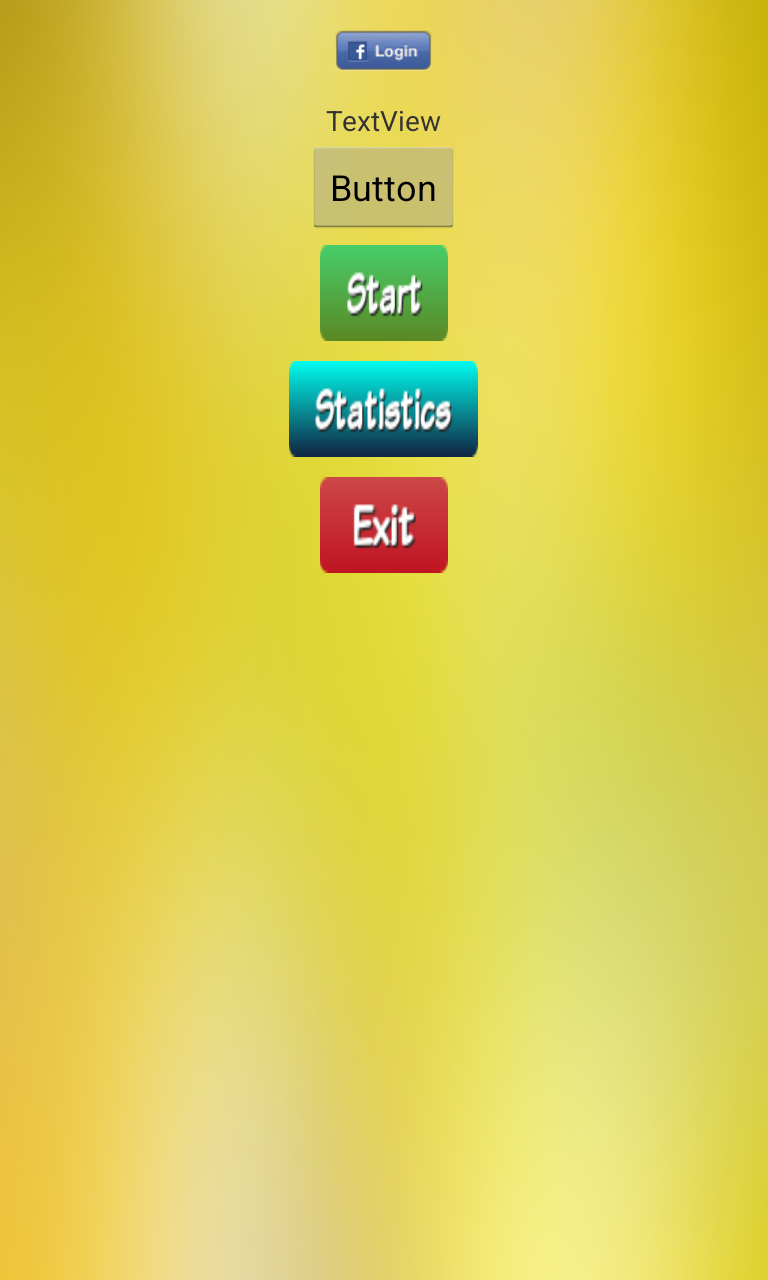
Repository: kingstonbg/workspaceAndroid
Layout: TaxiRoute/res/layout/activity_main_menu.xml
An editor plug-in stored every save of this project. The layout is shown before and after the next save, followed by the edit.
It is drawn on a 768 x 1280 px phone screen (xhdpi) without system bars, with theme AppTheme; the app's code is not run.

Above is the layout before, as saved 2013-02-18 14:18:46.

### TaxiRoute/res/layout/activity_main_menu.xml
<?xml version="1.0" encoding="utf-8"?>
<LinearLayout xmlns:android="http://schemas.android.com/apk/res/android"
    android:layout_width="match_parent"
    android:layout_height="match_parent"
    android:background="@drawable/bgtest"
    android:gravity="center_horizontal"
    android:orientation="vertical" >

    <ImageView
        android:id="@+id/buttonFb"
        android:layout_width="wrap_content"
        android:layout_height="wrap_content"
        android:layout_margin="15dp"
        android:src="@drawable/login_button" />

    <TextView
        android:id="@+id/login_status"
        android:layout_width="wrap_content"
        android:layout_height="wrap_content"
        android:text="TextView" />

    <Button
        android:id="@+id/share"
        android:layout_width="wrap_content"
        android:layout_height="wrap_content"
        android:text="Button" />

    <Button
        android:id="@+id/buttonStart"
        android:layout_width="wrap_content"
        android:layout_height="wrap_content"
        android:layout_margin="5dp"
        android:background="@drawable/buttonstart" />


    <Button
        android:id="@+id/buttonStatistics"
        android:layout_width="wrap_content"
        android:layout_height="wrap_content"
        android:layout_margin="5dp"
        android:background="@drawable/buttonstatistics" />


    <Button
        android:id="@+id/buttonExit"
        android:layout_width="wrap_content"
        android:layout_height="wrap_content"
        android:layout_marginTop="5dp"
        android:background="@drawable/buttonexit" />

</LinearLayout>

### TaxiRoute/res/drawable-hdpi/login_button.xml
<?xml version="1.0" encoding="utf-8"?>
<!--
    Copyright 2012 Facebook

    Licensed under the Apache License, Version 2.0 (the "License");
    you may not use this file except in compliance with the License.
    You may obtain a copy of the License at

       http://www.apache.org/licenses/LICENSE-2.0

    Unless required by applicable law or agreed to in writing, software
    distributed under the License is distributed on an "AS IS" BASIS,
    WITHOUT WARRANTIES OR CONDITIONS OF ANY KIND, either express or implied.
    See the License for the specific language governing permissions and
    limitations under the License.
-->

<selector xmlns:android="http://schemas.android.com/apk/res/android">
	<item android:state_pressed="true" android:drawable="@drawable/login_down" />
	<item android:drawable="@drawable/login" /> <!-- default -->
</selector>

Loaded but not shown: TaxiRoute/res/values/styles.xml (common file); TaxiRoute/res/values-v11/styles.xml (common file); TaxiRoute/res/values-v14/styles.xml (common file)

After the next save:
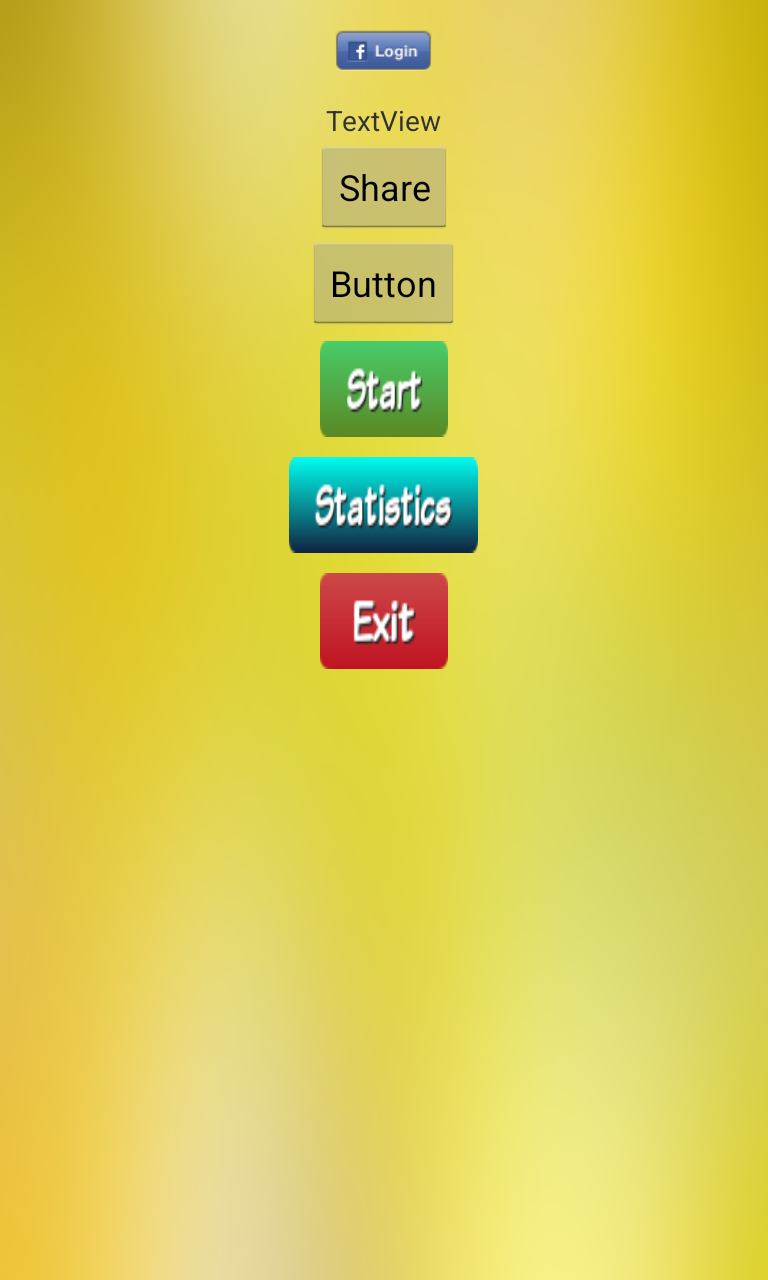
Saved 20 s later.
--- a/TaxiRoute/res/layout/activity_main_menu.xml
+++ b/TaxiRoute/res/layout/activity_main_menu.xml
@@ -21,6 +21,12 @@
 
     <Button
         android:id="@+id/share"
+        android:layout_width="wrap_content"
+        android:layout_height="wrap_content"
+        android:text="Share" />
+
+    <Button
+        android:id="@+id/button1"
         android:layout_width="wrap_content"
         android:layout_height="wrap_content"
         android:text="Button" />
